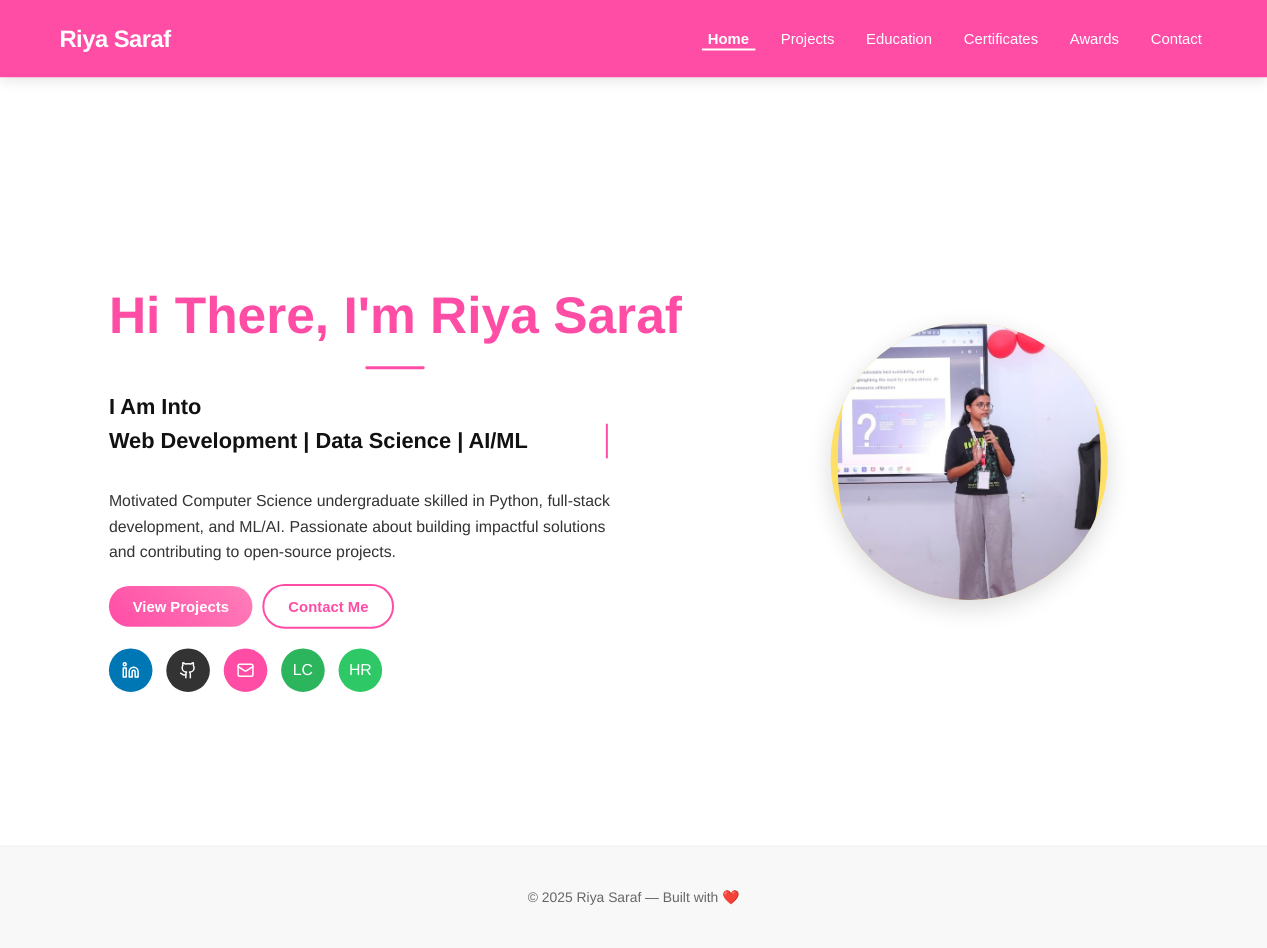
Repository: riyaaaa19/riya-portfolio
Page: /
An editor plug-in stored every save of this project. The page is shown before and after the next save, followed by the edit.
The browser window is 1280 px wide. The pictures show the whole page, at 99% of full size.
The project was rebuilt for these pictures with package versions that can differ from the ones it lists, and the page was loaded fresh each time. Also part of the build but not shown: src/components/TimelineCard.js.

Above is the page before, as saved 2025-09-13 17:18:52.

After the next save:
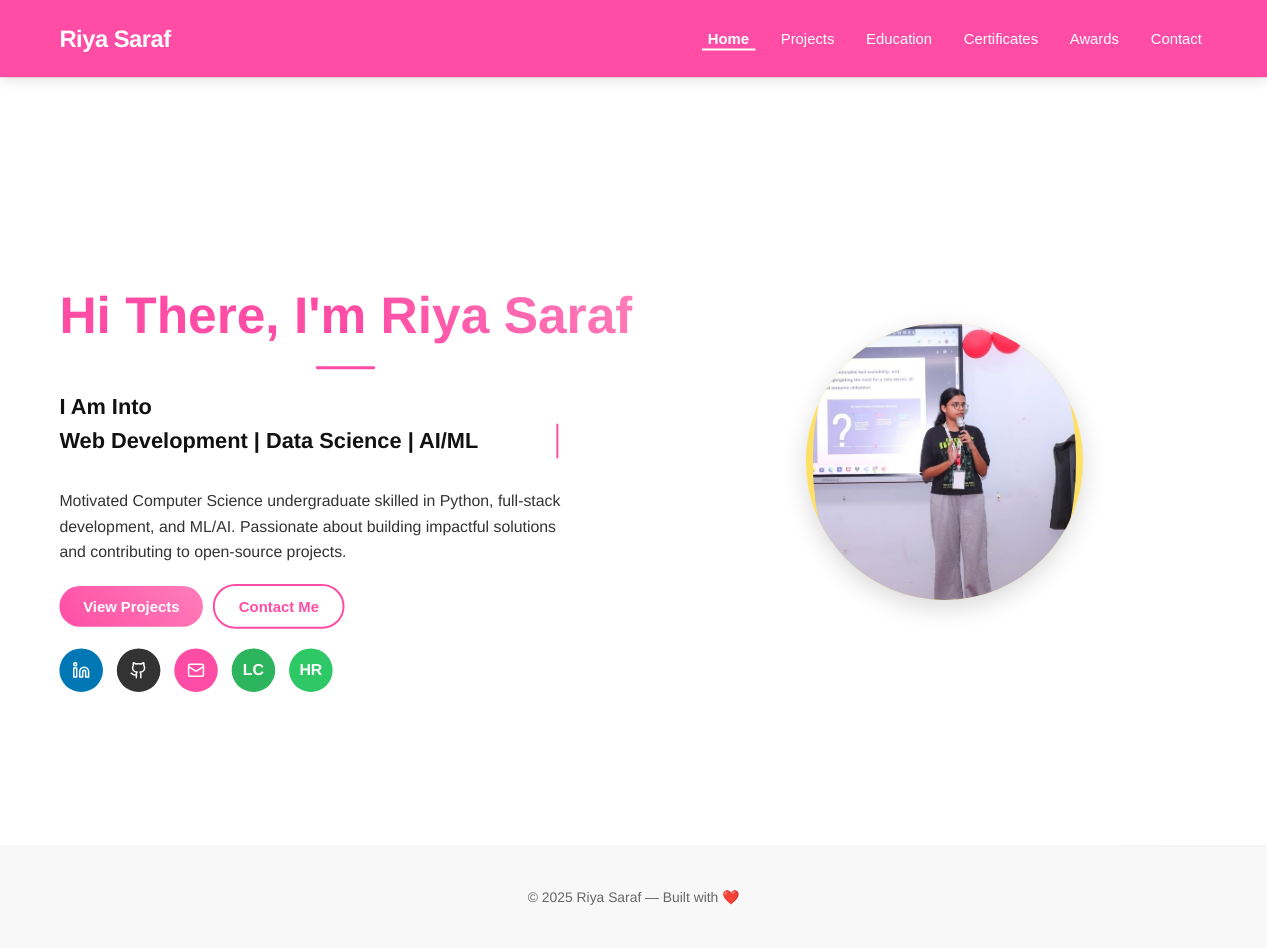
Saved 53 s later.
--- a/src/styles.css
+++ b/src/styles.css
@@ -91,6 +91,7 @@ section h2::after {
   padding: 100px 60px;
   min-height: 80vh;
   position: relative;
+  overflow: hidden;
 }
 
 .hero-text h2 {
@@ -98,6 +99,12 @@ section h2::after {
   font-weight: 800;
   margin-bottom: 10px;
   color: #ff4da6;
+}
+
+.hero-text .highlight {
+  background: linear-gradient(45deg, #ff4da6, #ff7eb9);
+  -webkit-background-clip: text;
+  -webkit-text-fill-color: transparent;
 }
 
 .hero-text h3 {
@@ -224,8 +231,42 @@ button.outline:hover {
 .social-icons a[href*="linkedin"] { background: #0077b5; }
 .social-icons a[href*="github"] { background: #333; }
 .social-icons a[href*="mailto"] { background: #ff4da6; }
-.social-icons a[href*="leetcode"] { background: #2db55d; }
-.social-icons a[href*="hackerrank"] { background: #2ec866; }
+.social-icons a[href*="leetcode"] { background: #2db55d; font-weight: 600; }
+.social-icons a[href*="hackerrank"] { background: #2ec866; font-weight: 600; }
+
+/* ===== Particle Background (Pure CSS) ===== */
+.particle-bg {
+  position: absolute;
+  top: 0;
+  left: 0;
+  width: 100%;
+  height: 100%;
+  overflow: hidden;
+  z-index: -1;
+}
+
+.particle-bg span {
+  position: absolute;
+  display: block;
+  width: 6px;
+  height: 6px;
+  background: #ff4da6;
+  border-radius: 50%;
+  animation: float 10s linear infinite;
+  opacity: 0.5;
+}
+
+.particle-bg span:nth-child(1) { top: 20%; left: 15%; animation-duration: 12s; }
+.particle-bg span:nth-child(2) { top: 40%; left: 70%; animation-duration: 8s; }
+.particle-bg span:nth-child(3) { top: 65%; left: 25%; animation-duration: 15s; }
+.particle-bg span:nth-child(4) { top: 80%; left: 55%; animation-duration: 10s; }
+.particle-bg span:nth-child(5) { top: 30%; left: 85%; animation-duration: 14s; }
+
+@keyframes float {
+  0% { transform: translateY(0) scale(1); opacity: 0.6; }
+  50% { transform: translateY(-40px) scale(1.2); opacity: 1; }
+  100% { transform: translateY(0) scale(1); opacity: 0.6; }
+}
 
 /* ===== Cards Grid ===== */
 .grid {
